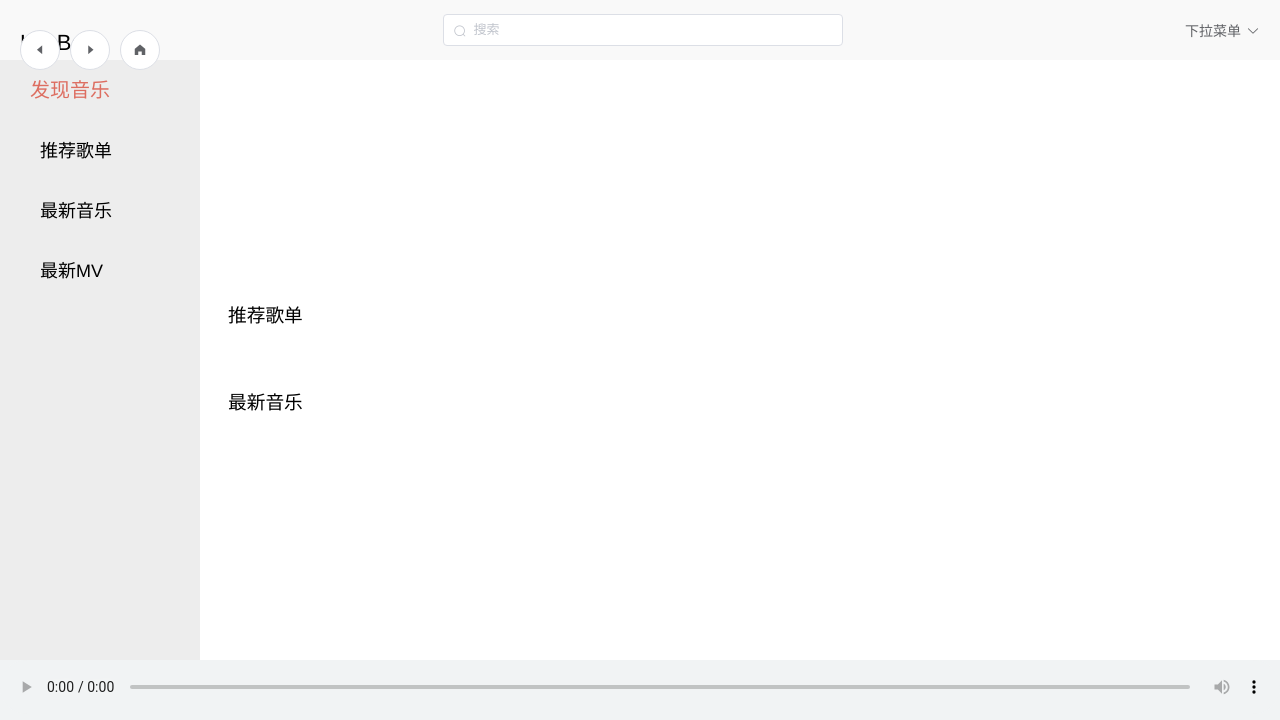
Repository: Lanborn/cloud_music
Page: /
The author's editor kept a copy of each file at every save. The page is drawn from the files as they stood at one save, then again after a run of saves.
The browser window is 1280 px wide. The pictures show the whole page.
The page's requests for data from a server got no answer. An inner scrolling area shows only its first screen. The project was rebuilt for these pictures with package versions that can differ from the ones it lists, and the page was loaded fresh each time. No one was signed in, and anything a server would have sent is missing. Also part of the build but not shown: vue.config.js, src/components/playlists.vue, src/components/songs.vue, src/components/mvs.vue, src/components/result.vue, src/components/playlist.vue, src/components/mv.vue.

Above is the page before, as saved 2021-12-11 00:32:20.

### src/views/top.vue
<template>
  <div class="top-container">
    <div class="left-box">
      <div class="icon-wrapper">
        <el-tooltip class="item" :enterable="false" effect="dark" content="去主页：lanborn.github.io/Vueprs/" placement="right">
          <!-- <img src="" alt=""> -->
          <a class="el-tooltip item" href="https://lanborn.github.io/Vueprs/">LanBorn</a>
        </el-tooltip>
      </div>
      <div class="history-wrapper">
        <el-button @click="backLast" icon="el-icon-caret-left" circle></el-button>
        <el-button @click="preForWard" icon="el-icon-caret-right" circle></el-button>
        <el-button @click="goHome" icon="el-icon-s-home" circle></el-button>
      </div>
    </div>
    <div class="center-box">
        <div class="el-input el-input--small el-input--prefix">
          <input
            type="text"
            autocomplete="on"
            placeholder="搜索"
            class="el-input__inner"
            @keyup.enter="toResult"
            v-model="inputValue"
          />
          <span class="el-input__prefix">
            <i class="el-input__icon el-icon-search"></i>
          </span>
          <ul class="list-group">
            <li v-for="(item,index) in songList" :key="index" class="list-group-item">
              <label for="songName">
                {{item.alias[0]}}
              </label>
            </li>
          </ul>
      </div>
    </div>
    <div class="right-box">
        <el-dropdown>
          <span class="el-dropdown-link">
            下拉菜单<i class="el-icon-arrow-down el-icon--right"></i>
          </span>
        </el-dropdown>
      </div>
  </div>
</template>

<script>
import axios from 'axios'
export default {
  name: 'top',
  data() {
    return {
      query: '',
      inputValue : '',
      songList : [],
      time : '',
    }
  },
  // 这个地方要实现跟百度搜索一样的功能
  // updated : {
  //   time : setTimeout(() => {
  //     axios({
  //       url : 'https://autumnfish.cn/search',
  //       withCredentials : true,
  //       methods : 'get',
  //       params : {
  //         keywords : this.inputValue,
  //         limit : 6
  //       }
  //     }).then(
  //       res => {
  //         clearContent();
  //         this.songList = res.data.result.songs
  //       }
  //     )
  //   }, 800)
  // },
  methods: {
    toResult(){
      if(!this.inputValue){
        this.$message.warning('请输入内容')
      }else{
        // 跳转到搜索页并携带数据进行跳转
        this.$router.push('/result?q='+this.inputValue)
      }
    },
    backLast(){
      this.$router.back()
    },
    preForWard(){
      this.$router.forward()
    },
    goHome(){
      this.$router.push({
        name:'discovery'
      })
    }
  },
}
</script>

<style scoped>
.top-container {
  padding: 0;
  padding-right: 20px;
  display: flex;
  justify-content: space-between;
  align-items: center;
}
.center-box {
  flex-basis: 400px;
}
.left-box {
  margin-left: 20px;
  position: relative;
  text-align: center;
  font-size: 22px;
  color: black;
}
.left-box a {
  position: absolute;
  top: 5%;
  font-size: 22px;
  color: black;
}
.left-box .history-wrapper{
  position: absolute;

}

</style>

### src/views/index.vue
<template>
  <div class="index-container">
    <!-- 左侧导航区 -->
    <div class="nav">
      <ul>
        <li>
          <routerLink to="/discovery">
            <span class="iconfont icon-find-music">发现音乐</span>
          </routerLink>
        </li>
        <li>
          <router-link to="/playlists">
            <span class="iconfont icon-music-list"></span>
            推荐歌单
          </router-link>
        </li>
        <li>
          <router-link to="/songs">
            <span class="iconfont icon-music"></span>
            最新音乐
          </router-link>
        </li>
        <li>
          <router-link to="/mvs">
            <span class="iconfont icon-mv"></span>
            最新MV
          </router-link>
        </li>
      </ul>
    </div>
    <!-- 主体区域 -->
    <div class="main">
      <router-view></router-view>
    </div>
    <!-- 播放标签 -->
    <div class="player">
      <!-- autoplay 自动播放 -->
      <audio crossOrigin="anonymous" :src="musicUrl" controls autoplay></audio>
    </div>
  </div>
</template>

<script>

export default {
  name: 'index',
  data() {
    return {
      musicUrl:""
    };
  },
  methods: {
    getUrl(data){
      console.log(data)
      this.$nextTick(function () {
        this.musicUrl = data
      });
    }
  },
  mounted(){
    this.$bus.$on('getYy',this.getUrl)
  },
}
</script>

<style>
</style>

### src/components/discovery.vue
<template>
  <div class="discovery-container">
    <!-- 轮播图 -->
    <el-carousel class="" :interval="4000" type="card">
      <!-- 循环获取到的接口数据 -->
      <el-carousel-item v-for="(item, index) in banners" :key="index">
        <img :src="item.imageUrl" alt="" />
      </el-carousel-item>
    </el-carousel>
    <!-- 推荐歌单 -->
    <div class="recommend">
      <h3 class="title">
        推荐歌单
      </h3>
      <div class="items">
        <div class="item" v-for="(item, index) in list" :key="index" @click="toPlayList(item.id)">
          <router-link to="/playlist">
                  <div class="img-wrap">
                    <div class="desc-wrap">
                      <span class="desc">{{ item.copywriter }}</span>
                    </div>
                    <img :src="item.picUrl" alt="" />
                    <span class="iconfont icon-play"></span>
                    <router-link to="/playlist"></router-link>
                  </div>
          </router-link>
          <p class="name">{{ item.name }}</p>
        </div>
      </div>
    </div>
    <!-- 最新音乐 -->
    <div class="news">
      <h3 class="title">
        最新音乐
      </h3>
      <div class="items">
        <div class="item" v-for="(item, index) in songs" :key="index">
          <div class="img-wrap">
            <!-- 封面 -->
            <img :src="item.picUrl" alt="" />
            <span @click="playMusic(item.id)" class="iconfont icon-play"></span>
          </div>
          <div class="song-wrap">
            <!-- 歌名 -->
            <div class="song-name">{{ item.name }}</div>
            <!-- 歌手名 -->
            <div class="singer">{{ item.song.artists[0].name }}</div>
          </div>
        </div>
      </div>
    </div>
    <!-- 推荐MV -->
    <div class="mvs">
      <h3 class="title">推荐MV</h3>
      <div class="items">
        <div class="item" @click="toMV(item.id)" v-for="(item,index) in mvs" :key="index">
          <div class="img-wrap">
            <img :src="item.picUrl" alt="" />
            <span class="iconfont icon-play"></span>
            <div class="num-wrap">
              <div class="iconfont icon-play"></div>
              <!-- 播放次数 -->
              <div class="num">{{ item.playCount }}</div>
            </div>
          </div>
          <div class="info-wrap">
            <!-- mv名 -->
            <div class="name">{{ item.name }}</div>
            <!-- 歌手名 -->
            <div class="singer">{{ item.artistName }}</div>
          </div>
        </div>
      </div>
    </div>
  </div>
</template>

<script>
  // 导入 axios
  import axios from 'axios'
  export default {
    name: 'discovery',
    data() {
      return {
        // 轮播图
        banners: [],
        // 推荐歌单
        list: [],
        // 最新音乐
        songs: [],
        // 推荐mv
        mvs:[]
      }
    },
    created() {
      // console.log('created')
      // 轮播图接口
      axios({
        url: 'https://autumnfish.cn/banner',
        // withCredentials: true, //关键
        method: 'get'
      }).then(res => {
        // console.log(res)
        this.banners = res.data.banners
      })

      // 推荐歌单
      axios({
        url: 'https://netease-cloud-music-api-blond-iota.vercel.app/personalized',
        // url : '/personalized',
        withCredentials: true,
        method: 'get',
        params: {
          // 获取的数据量
          limit: 10
        }
      }).then(res => {
        console.log('推荐歌单')
        console.log(res)
        this.list = res.data.result
      })

      // 最新音乐
      axios({
        url: 'https://autumnfish.cn/personalized/newsong',
        params : {
          limit : 10
        },
        method: 'get'
      }).then(res => {
        // console.log(res)
        this.songs = res.data.result
      })

      // 最新mv
      axios({
        url: 'https://autumnfish.cn/personalized/mv',
        method: 'get'
      }).then(res => {
        // console.log(res)
        this.mvs = res.data.result
      })
    },
    methods: {
      playMusic(id) {
        // console.log(id)
        axios({
          // url : 'https://netease-cloud-music-api-blond-iota.vercel.app/song/url',
          url: '/song/url',
          // withCredentials: true, //关键
          method: 'get',
          params: {
            id
          }
        }).then(res => {
          console.log(res)
          // console.log(this.$parent)
          let url = res.data.data[0].url
          console.log(url)
          this.$bus.$emit('getYy', url);

          // this.$parent.musicUrl = url

        },err=>{
          console.log(err)
        })
      },
      toPlayList(id) {
        console.log(id)
        this.$router.push(`/playlist?q=${id}`)
      },
      toMV(id){
        console.log(id)
        this.$router.push(`/mv??q=${id}`)
      }
    }
  }
</script>

<style lang="less" scoped>

</style>

Loaded but not shown: public/index.html (common file); src/main.js (common file); src/App.vue (common file); src/router/index.js (63 lines, source omitted); src/assets/index.css (1393 lines, source omitted)

After the next 2 saves:
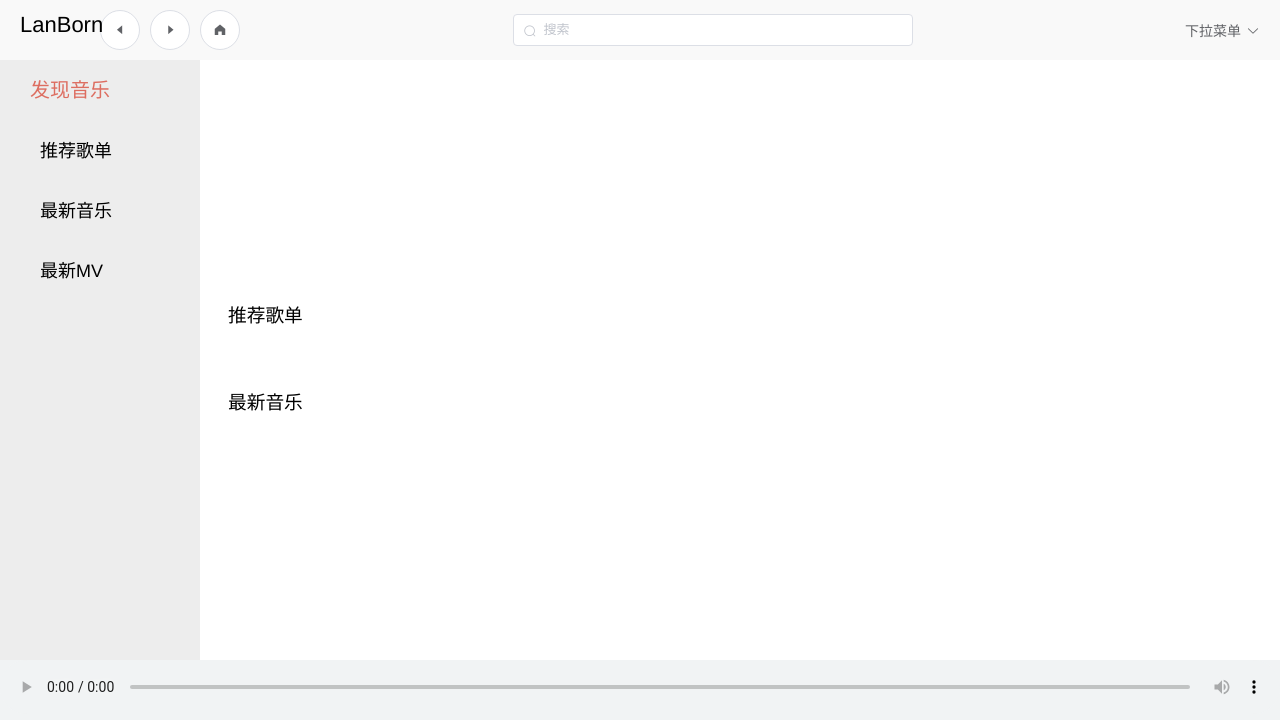
The 2 saves are shown as one change because they came seconds apart.
The last was saved 8 s later.
--- a/src/views/top.vue
+++ b/src/views/top.vue
@@ -124,9 +124,5 @@ export default {
   font-size: 22px;
   color: black;
 }
-.left-box .history-wrapper{
-  position: absolute;
-
-}
 
 </style>
